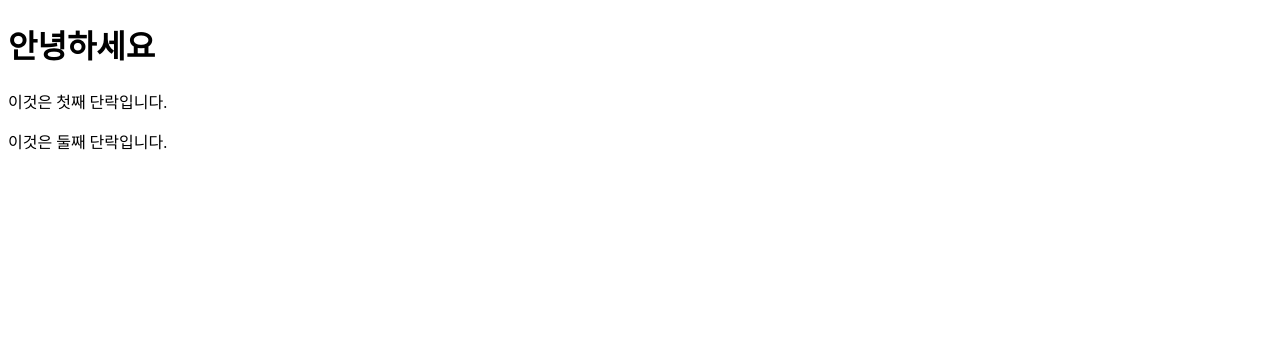
Repository: nn98/2022-1WebP
Page: html1/src/main/webapp/01/table15.html
An editor plug-in stored every save of this project. The page is shown before and after the next save, followed by the edit.
The browser window is 1280 px wide. The pictures show the whole page.

Above is the page before, as saved 2022-04-10 17:02:01.

### html1/src/main/webapp/01/table15.html
<!DOCTYPE html>
<html>
<head>
<meta http-equiv="Content-Type" content="text/html; charset=utf-8">
<title>hello</title>
</head>
<body>
	<h1>안녕하세요</h1>
	<p>이것은 첫째 단락입니다.</p>
	<p>이것은 둘째 단락입니다.</p>
</body>
</html>

After the next save:
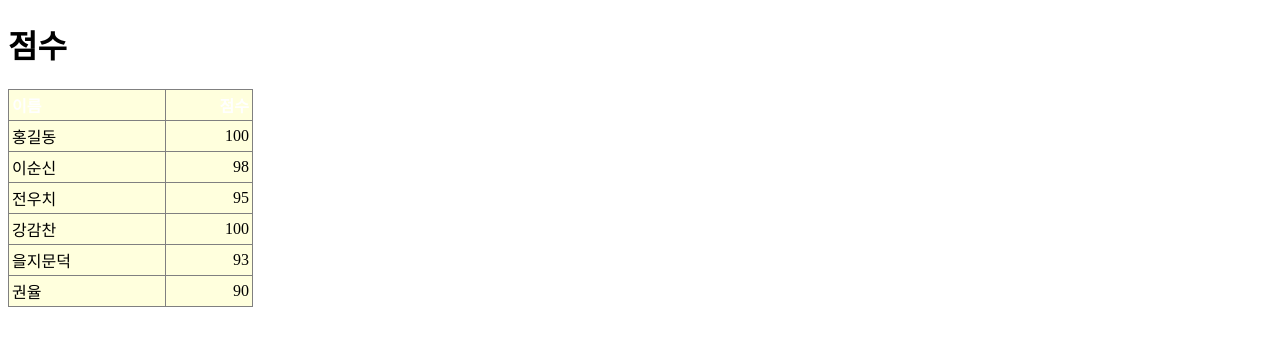
Saved 12 s later.
--- a/html1/src/main/webapp/01/table15.html
+++ b/html1/src/main/webapp/01/table15.html
@@ -2,11 +2,72 @@
 <html>
 <head>
 <meta http-equiv="Content-Type" content="text/html; charset=utf-8">
-<title>hello</title>
+<title>점수</title>
+<style>
+table {
+	border-collapse: collapse;
+}
+
+td {
+	border: 1px solid gray;
+	padding: 3px;
+}
+
+td:nth-child(1) {
+	width: 150px;
+}
+
+td:nth-child(2) {
+	text-align: right;
+	width: 80px;
+}
+
+thead {
+	background-color: #aaaaaa;
+	color: white;
+	font-weight: bold;
+}
+
+tr {
+	background-color: #ffffdd;
+}
+</style>
 </head>
 <body>
-	<h1>안녕하세요</h1>
-	<p>이것은 첫째 단락입니다.</p>
-	<p>이것은 둘째 단락입니다.</p>
+	<h1>점수</h1>
+	<table>
+		<thead>
+			<tr>
+				<td>이름</td>
+				<td>점수</td>
+			</tr>
+		</thead>
+		<tbody>
+			<tr>
+				<td>홍길동</td>
+				<td>100</td>
+			</tr>
+			<tr>
+				<td>이순신</td>
+				<td>98</td>
+			</tr>
+			<tr>
+				<td>전우치</td>
+				<td>95</td>
+			</tr>
+			<tr>
+				<td>강감찬</td>
+				<td>100</td>
+			</tr>
+			<tr>
+				<td>을지문덕</td>
+				<td>93</td>
+			</tr>
+			<tr>
+				<td>권율</td>
+				<td>90</td>
+			</tr>
+		</tbody>
+	</table>
 </body>
 </html>
